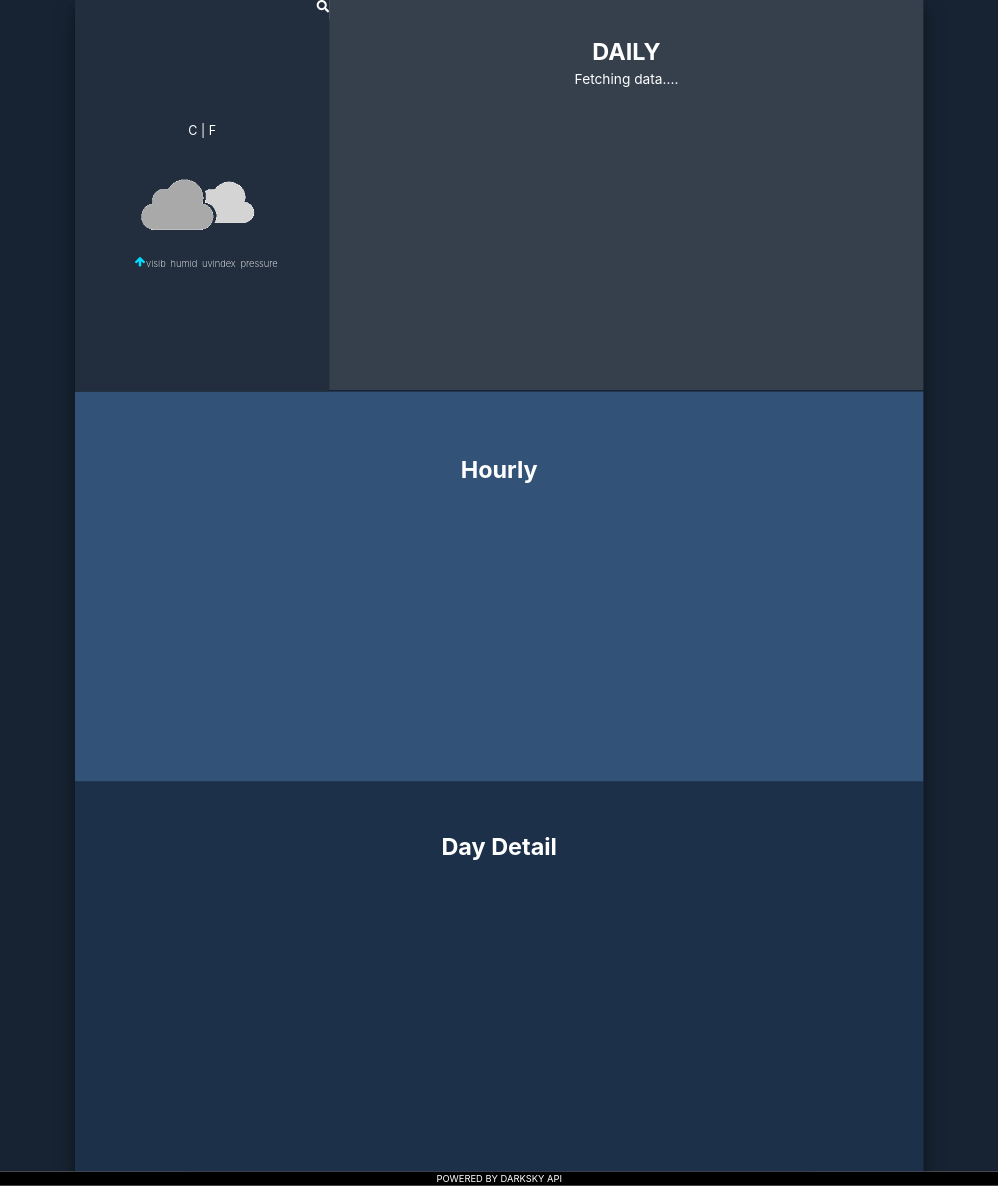
Repository: DOODpls/assignment3_weather
Page: index.html
The author's editor kept a copy of each file at every save. The page is drawn from the files as they stood at one save, then again after the next save.
The browser window is 1280 px wide. The pictures show the whole page, at 78% of full size.
Some web fonts or font styles are not loaded; a fallback is used. Some web libraries are served in a nearby version.

Above is the page before, as saved 2020-01-07 19:29:35.

After the next save:
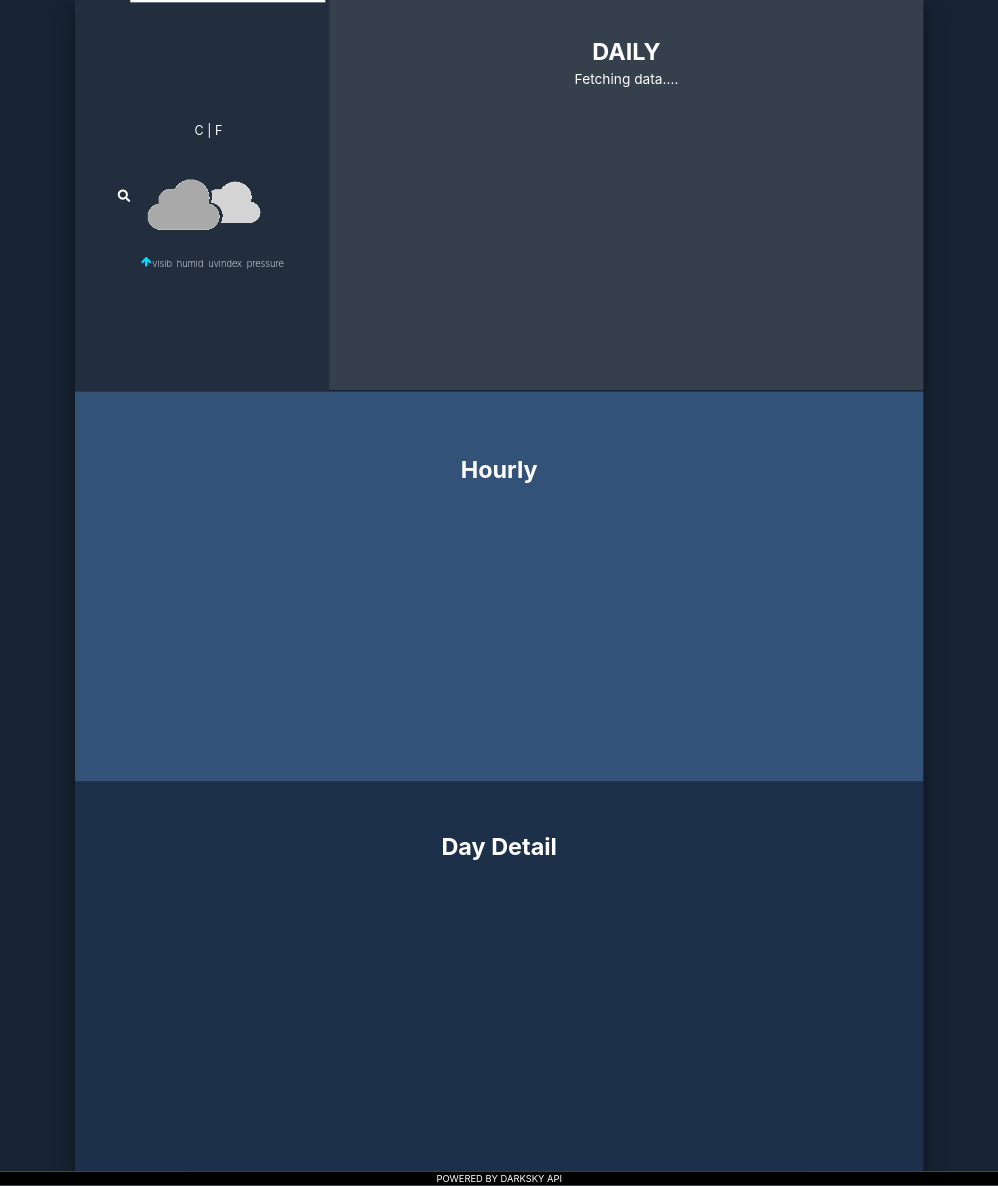
Saved 50 s later.
--- a/styles.css
+++ b/styles.css
@@ -27,7 +27,6 @@
   justify-content: center;
   align-items: center;
   overflow: hidden;
-  position: relative;
 }
 .unitswitcher{
   color: white;
@@ -145,14 +144,7 @@
   border: none;
   box-sizing: border-box;
   position: absolute;
-  right: -250px;
-  top: 0;
-}
-
-.search-button{
-  position: absolute;
-  top: 0;
-  right: 0;
+  top: -22px;
 }
 .sub-info{
   display: flex;
